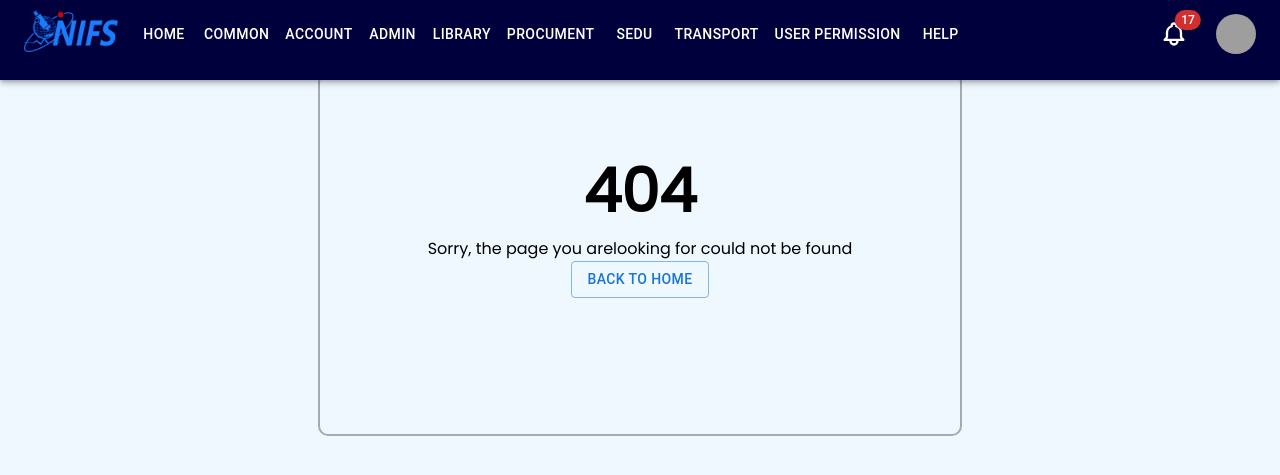
Repository: virangaj/NIFS-WebApp
Page: /error-404 (app in client/)
The author's editor kept a copy of each file at every save. The page is drawn from the files as they stood at one save, then again after the next save.
The browser window is 1280 px wide. The pictures show the whole page.
Pictures or frames that could not be fetched are drawn as grey boxes. The project was rebuilt for these pictures with package versions that can differ from the ones it lists, and the page was loaded fresh each time. Also part of the build but not shown: client/src/pages/Login.tsx, client/src/pages/Home.tsx, client/src/components/Transport/shared/TransportNavbar.js, client/src/pages/TransportMainPage.tsx, client/src/pages/CommonMainPage.tsx, client/src/pages/AccountMainPage.tsx, client/src/pages/AdminMainPage.tsx, client/src/pages/LibraryMainPage.js and 16 more.

Above is the page before, as saved 2022-07-27 20:48:29.

### client/public/index.html
<!DOCTYPE html>
<html lang="en">
	<head>
		<meta charset="utf-8" />
		<link rel="icon" href="nifs_logo.png" />
		<meta name="viewport" content="width=device-width, initial-scale=1" />
		<meta name="theme-color" content="#000000" />
		<meta
			name="description"
			content="Web site created using create-react-app"
		/>
		<link rel="apple-touch-icon" href="%PUBLIC_URL%/logo192.png" />
		<!--
      manifest.json provides metadata used when your web app is installed on a
      user's mobile device or desktop. See https://developers.google.com/web/fundamentals/web-app-manifest/
    -->
		<link rel="manifest" href="%PUBLIC_URL%/manifest.json" />
		<!--
      Notice the use of %PUBLIC_URL% in the tags above.
      It will be replaced with the URL of the `public` folder during the build.
      Only files inside the `public` folder can be referenced from the HTML.

      Unlike "/favicon.ico" or "favicon.ico", "%PUBLIC_URL%/favicon.ico" will
      work correctly both with client-side routing and a non-root public URL.
      Learn how to configure a non-root public URL by running `npm run build`.
    -->
		<link
			href="https://fonts.googleapis.com/css?family=Poppins"
			rel="stylesheet"
		/>
		<title>NIFS Dashboard</title>
	</head>
	<body>
		<noscript>You need to enable JavaScript to run this app.</noscript>
		<div id="root"></div>
		<!--
      This HTML file is a template.
      If you open it directly in the browser, you will see an empty page.

      You can add webfonts, meta tags, or analytics to this file.
      The build step will place the bundled scripts into the <body> tag.

      To begin the development, run `npm start` or `yarn start`.
      To create a production bundle, use `npm run build` or `yarn build`.
    -->
	</body>
</html>

### client/src/index.css
* {
  margin: 0;
}

body {
  font-family: 'Poppins';
  -webkit-font-smoothing: antialiased;
  -moz-osx-font-smoothing: grayscale;
  background-color: aliceblue;
}

:root {
  --main-navbar-back: #00003c;
  --nav-title-section-back: rgba(4, 70, 80, 0.616);
  --white: #fff;
  --black: #000;
  --gray: rgba(68, 68, 68, 0.432);
  --border-radius: 10px;
  --pimary: rgb(10, 94, 133);
  --warning: #ed3d63;
}


.nav-logo {
  width: 100px;
  height: auto;
}

a {
  text-decoration: none;
}


/* main navbar */
.main-navbar {
  background-color: var(--main-navbar-back) !important;
  width: 100% !important;
  height: 80px !important;

}



/* secondary navbar */
.secondary-navbar {
  margin-top: 10vh !important;
  margin: auto;
}

.nav-flex-section {
  display: flex;
  justify-content: center;
}

.nav-flex-inside {
  margin-left: 5px;
  margin-left: 5px;
}

.nav-title {
  font-size: 15px;
  text-align: center;
  color: var(--white);
  font-weight: 600;

}

.nav-title-section {
  border-radius: var(--border-radius);
  background-color: var(--nav-title-section-back);
  box-shadow: rgba(100, 100, 111, 0.2) 0px 7px 29px 0px;

}

.nav-icon {
  font-size: 30px;
}

.nav-link {
  display: flex;
  flex-direction: column;
  align-items: center;
  font-size: 15px;
  margin-left: 10px;
  margin-left: 10px;
  border: none;
  box-shadow: rgba(100, 100, 111, 0.2) 0px 7px 29px 0px;
  padding: 4px 8px 6px 8px;
  margin-bottom: 10px;
  text-align: center;
  width: 125px;
  border-radius: var(--border-radius);
  background-color: var(--white);
  outline: none;
  height: 100px;

}

.nav-link:hover {
  color: var(--pimary);
  cursor: pointer;
  box-shadow: rgba(81, 146, 177, 0.2) 0px 7px 29px 0px;
  background-color: rgb(254, 255, 205);
  border-bottom: 2px solid var(--warning);

}


.nav-link:active {
  color: var(--pimary);
  cursor: pointer;
  box-shadow: rgba(81, 146, 177, 0.2) 0px 7px 29px 0px;
  background-color: rgb(205, 248, 255);
  border-bottom: 2px solid var(--warning);
}

.nav-link-active {
  color: var(--pimary);
  cursor: pointer;
  box-shadow: rgba(81, 146, 177, 0.2) 0px 7px 29px 0px;
  background-color: rgb(205, 248, 255);
  border-bottom: 2px solid var(--warning);
}

/* body content */
.body-content {
  margin: auto;
  width: 90%;
  margin-top: 10vh;

}



/* error page */
.error-page {
  border: 2px solid var(--gray);
  border-radius: var(--border-radius);
  height: 50vh;
  width: 50vw;
  margin: auto;
}

.error-page-content {
  text-align: center;
  margin-top: 10vh;
}

.error-page-content h1 {
  font-size: 60px;
}

### client/src/App.tsx
import React, { useEffect } from 'react';
import Navbar from './components/shared/Navbar';
import Login from './pages/Login'
import { BrowserRouter as Router, Route, Routes } from 'react-router-dom'
import Home from './pages/Home';
import TransportMainPage from './pages/TransportMainPage';
import CommonMainPage from './pages/CommonMainPage';
import AccountMainPage from './pages/AccountMainPage';
import AdminMainPage from './pages/AdminMainPage';
import LibraryMainPage from './pages/LibraryMainPage';
import ProcumentMainPage from './pages/ProcumentMainPage';
import SeduMainPage from './pages/SeduMainPage';
import UserPermissionMainPage from './pages/UserPermissionMainPage';
import NotificationMainPage from './pages/NotificationMainPage';
import HelpMainPage from './pages/HelpMainPage';
import ErrorPage from './pages/ErrorPage';

function App() {


  return (
    <Router>
      <Navbar />
      <Routes>

        <Route path="/login" element={<Login />} />
        <Route path="/" element={<Home />} />
        <Route path="/common/*" element={<CommonMainPage />} />
        <Route path="/account/*" element={<AccountMainPage />} />
        <Route path="/admin/*" element={<AdminMainPage />} />
        <Route path="/library/*" element={<LibraryMainPage />} />
        <Route path="/procument/*" element={<ProcumentMainPage />} />
        <Route path="/sedu/*" element={<SeduMainPage />} />
        <Route path="/transport/*" element={<TransportMainPage />} />
        <Route
          path="/user-permission/*"
          element={<UserPermissionMainPage />}
        />
        <Route
          path="/notification/*"
          element={<NotificationMainPage />}
        />
        <Route path="/help/*" element={<HelpMainPage />} />
        <Route path="/error-404" element={<ErrorPage />} />
      </Routes>


    </Router>
  );
}

export default App;

### client/src/components/shared/Navbar.tsx
import * as React from 'react';
import AppBar from '@mui/material/AppBar';
import Box from '@mui/material/Box';
import Toolbar from '@mui/material/Toolbar';
import IconButton from '@mui/material/IconButton';
import Typography from '@mui/material/Typography';
import Menu from '@mui/material/Menu';
import Container from '@mui/material/Container';
import Avatar from '@mui/material/Avatar';
import Button from '@mui/material/Button';
import Tooltip from '@mui/material/Tooltip';
import MenuItem from '@mui/material/MenuItem';
import { HiMenuAlt2, HiOutlineBell } from "react-icons/hi";
import Badge from '@mui/material/Badge';
import Logo from '../../images/nifs_logo.png'
import { Link, useLocation } from 'react-router-dom';
const pages = [
    {
        id: 0,
        title: 'Home',
        link: '/',
    },
    {
        id: 1,
        title: 'Common',
        link: '/common',
    },
    {
        id: 2,
        title: 'Account',
        link: '/account',
    },
    {
        id: 3,
        title: 'Admin',
        link: '/admin',
    },
    {
        id: 4,
        title: 'Library',
        link: '/library',
    },
    {
        id: 5,
        title: 'Procument',
        link: '/procument',
    },
    {
        id: 6,
        title: 'SEDU',
        link: '/sedu',
    },
    {
        id: 7,
        title: 'Transport',
        link: '/transport',
    },
    {
        id: 8,
        title: 'User Permission',
        link: '/user-permission',
    },
    // {
    //     id: 9,
    //     title: 'Notification',
    //     link: '/notification',
    // },
    {
        id: 10,
        title: 'Help',
        link: '/help',
    },
];
const settings = [
    {
        id: 0,
        title: 'Login',
        link: '/login',
    },
];
const Navbar = () => {

    // nav bar function and variables
    const location: any = useLocation();

    const [anchorElNav, setAnchorElNav] = React.useState<null | HTMLElement>(null);
    const [anchorElUser, setAnchorElUser] = React.useState<null | HTMLElement>(null);

    const handleOpenNavMenu = (event: React.MouseEvent<HTMLElement>) => {
        setAnchorElNav(event.currentTarget);
    };
    const handleOpenUserMenu = (event: React.MouseEvent<HTMLElement>) => {
        setAnchorElUser(event.currentTarget);
    };

    const handleCloseNavMenu = () => {
        setAnchorElNav(null);
    };

    const handleCloseUserMenu = () => {
        setAnchorElUser(null);
    };

    return (
        <AppBar position="fixed" className="main-navbar">
            <Container maxWidth="xl">
                <Toolbar disableGutters>
                    {/*Responsive view start here  */}
                    <Box sx={{ display: { xs: 'none', md: 'flex' }, mr: 1 }}>
                        <Link to='/'>
                            <img src={Logo} alt="logo" className="nav-logo" />
                        </Link>
                    </Box>


                    <Box sx={{ flexGrow: 1, display: { xs: 'flex', md: 'none' } }}>
                        <IconButton
                            size="large"
                            aria-label="account of current user"
                            aria-controls="menu-appbar"
                            aria-haspopup="true"
                            onClick={handleOpenNavMenu}
                            color="inherit"
                        >
                            <HiMenuAlt2 />
                        </IconButton>
                        <Menu
                            id="menu-appbar"
                            anchorEl={anchorElNav}
                            anchorOrigin={{
                                vertical: 'bottom',
                                horizontal: 'left',
                            }}
                            keepMounted
                            transformOrigin={{
                                vertical: 'top',
                                horizontal: 'left',
                            }}
                            open={Boolean(anchorElNav)}
                            onClose={handleCloseNavMenu}
                            sx={{
                                display: { xs: 'block', md: 'none' },
                            }}
                        >
                            {pages && pages.map((page, index) => (
                                location.pathname.split('/')[1] === page.link.split('/')[1] ?
                                    <Link to={page.link} style={{ textDecoration: 'none' }} key={index}>
                                        <Button

                                            onClick={handleCloseNavMenu}
                                            sx={{ my: 2, color: 'white', display: 'block' }}
                                            style={{ backgroundColor: '#000', color: '#fff', fontWeight: 700 }}
                                        >
                                            {page.title}
                                        </Button>
                                    </Link>
                                    :
                                    <Link to={page.link} style={{ textDecoration: 'none' }} >
                                        <Button
                                            key={page.id}
                                            onClick={handleCloseNavMenu}
                                            sx={{ my: 2, color: 'white', display: 'block' }}
                                            style={{ backgroundColor: '#fff', color: '#000' }}
                                        >
                                            {page.title}
                                        </Button>
                                    </Link>
                            ))}
                        </Menu>
                    </Box>
                    {/* Responsive view ends here */}

                    {/* Full width starts here */}
                    <Box
                        sx={{
                            mr: 2,
                            display: { xs: 'flex', md: 'none' },
                            flexGrow: 1,
                        }}
                    >
                        <Link to='/'>
                            <img src={Logo} alt="logo" className="nav-logo" />
                        </Link>
                    </Box>

                    <Box sx={{ flexGrow: 1, display: { xs: 'none', md: 'flex' } }}>
                        {pages.map((page, index) => (
                            location.pathname.split('/')[1] === page.link.split('/')[1] ?
                                <Link to={page.link} style={{ textDecoration: 'none' }} key={index}>
                                    <Button
                                        onClick={handleCloseNavMenu}
                                        sx={{ my: 2, color: 'white', display: 'block' }}
                                        style={{ backgroundColor: '#fff', color: '#000', fontWeight: 700 }}


                                    >
                                        {page.title}
                                    </Button>
                                </Link>
                                :
                                <Link to={page.link} style={{ textDecoration: 'none' }} >
                                    <Button
                                        key={page.id}
                                        onClick={handleCloseNavMenu}
                                        sx={{ my: 2, color: 'white', display: 'block' }}

                                    >
                                        {page.title}
                                    </Button>
                                </Link>
                        ))}
                    </Box>
                    <IconButton
                        size="large"
                        aria-label="show 17 new notifications"
                        color="inherit"
                        sx={{ mr: 2 }}
                    >
                        <Badge badgeContent={17} color="error">
                            <HiOutlineBell />
                        </Badge>
                    </IconButton>
                    <Box sx={{ flexGrow: 0 }}>
                        <Tooltip title="Open settings">
                            <IconButton onClick={handleOpenUserMenu} sx={{ p: 0 }}>
                                <Avatar alt="Remy Sharp" src="/static/images/avatar/2.jpg" />
                            </IconButton>
                        </Tooltip>
                        <Menu
                            sx={{ mt: '45px' }}
                            id="menu-appbar"
                            anchorEl={anchorElUser}
                            anchorOrigin={{
                                vertical: 'top',
                                horizontal: 'right',
                            }}
                            keepMounted
                            transformOrigin={{
                                vertical: 'top',
                                horizontal: 'right',
                            }}
                            open={Boolean(anchorElUser)}
                            onClose={handleCloseUserMenu}
                        >
                            {settings && settings.map((setting, index) => (
                                <MenuItem key={index} onClick={handleCloseUserMenu}>
                                    <Typography textAlign="center">{setting.title}</Typography>
                                </MenuItem>
                            ))}
                        </Menu>
                    </Box>
                </Toolbar>
            </Container>
        </AppBar>
    );
};
export default Navbar;

### client/src/pages/ErrorPage.tsx
import { Button } from '@mui/material'
import React from 'react'
import { Link } from 'react-router-dom'

function ErrorPage() {
    return (
        <div className="body-content">
            <div className='error-page'>

                <div className='error-page-content'>
                    <h1>404</h1>
                    <p>Sorry, the page you arelooking for could not be found</p>
                    <Link to='/'>
                        <Button variant="outlined">Back to home</Button>
                    </Link>

                </div>

            </div>
        </div>
    )
}

export default ErrorPage

Loaded but not shown: client/src/index.tsx (common file); client/src/reportWebVitals.ts (common file)

After the next save:
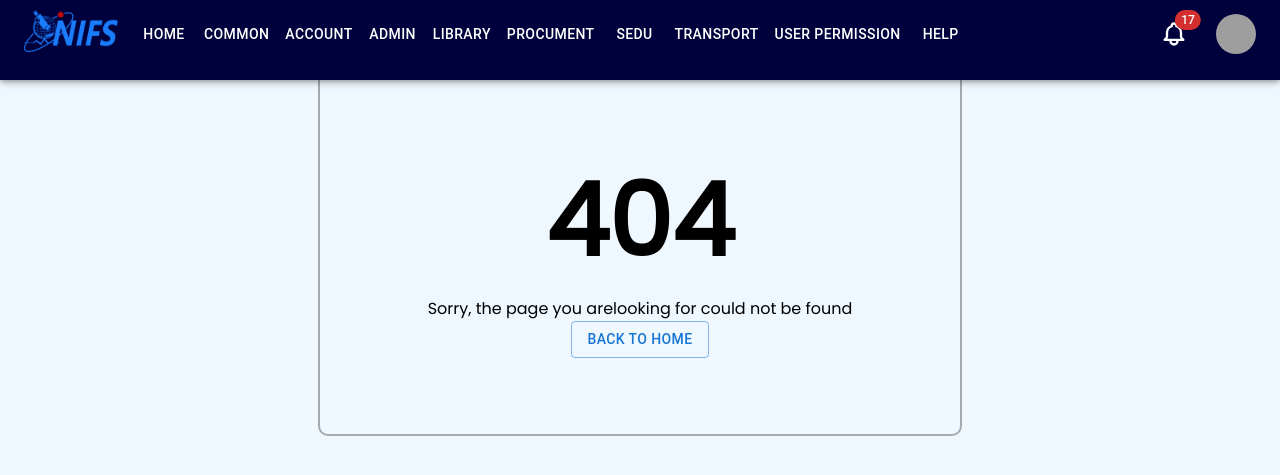
Saved 10 s later.
--- a/client/src/index.css
+++ b/client/src/index.css
@@ -147,5 +147,5 @@ a {
 }
 
 .error-page-content h1 {
-  font-size: 60px;
+  font-size: 100px;
 }
